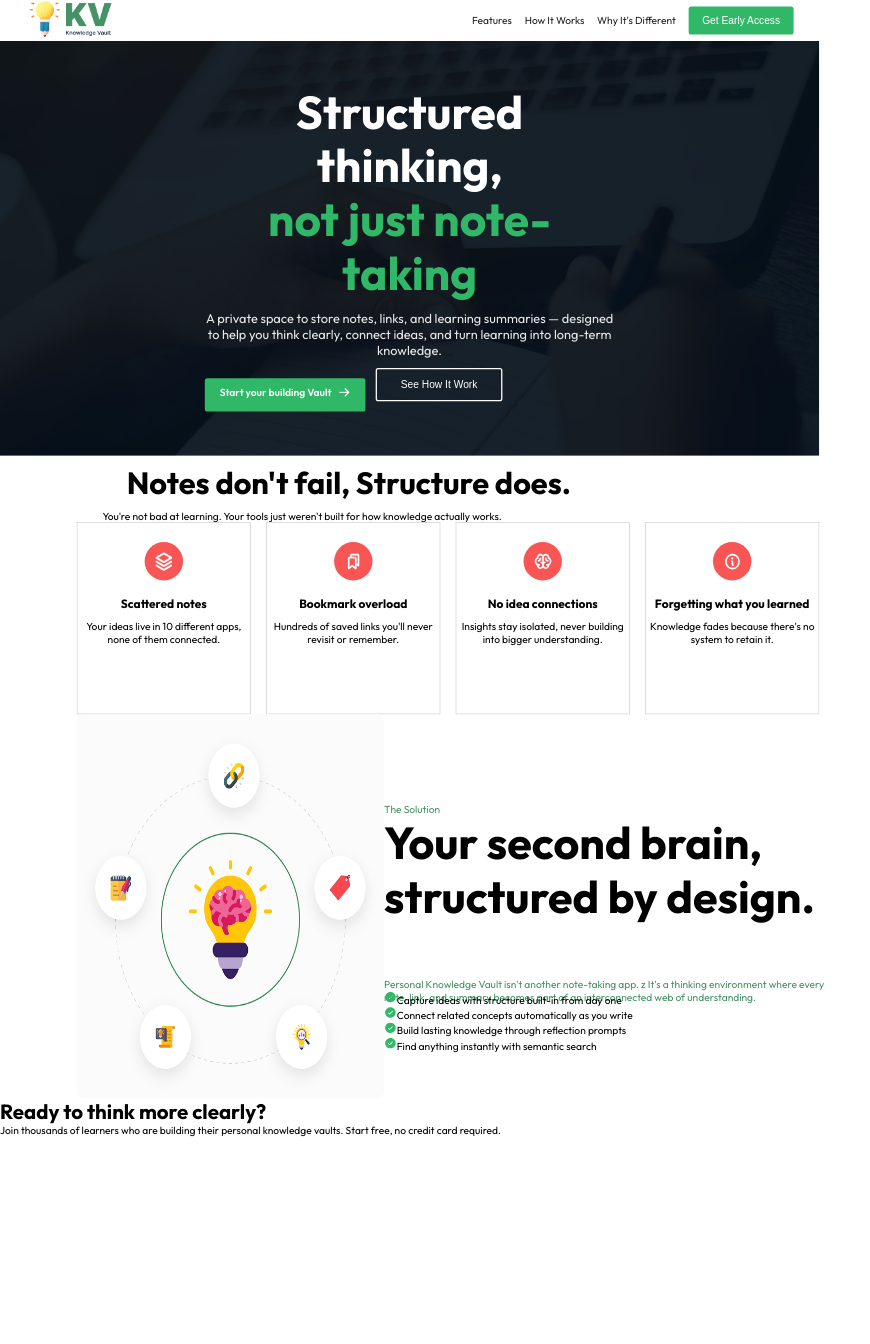
Repository: tanimtanzilislam/Assignment1-PH
Page: index.html
These files come from the project's save history. The page is drawn as it stood at one moment and after the next save; the edit follows.
The browser window is 1280 px wide. The page is 1360 px wide, so the pictures cover 1360 px, including what lies to the right of the window. The pictures show the whole page, at 64% of full size.

Above is the page before, as saved 2026-01-20 00:31:55.

After the next save:
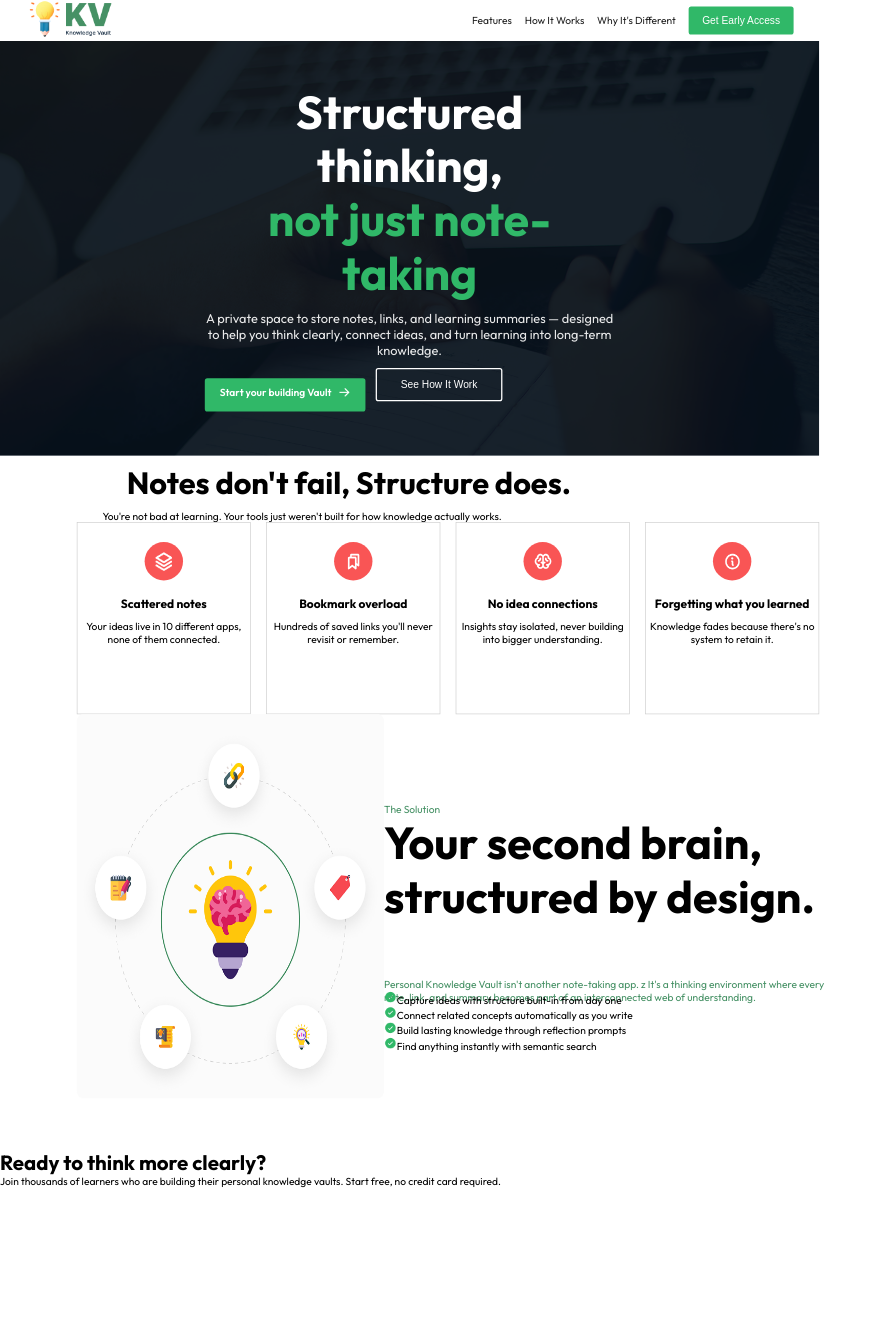
Saved 7 s later.
--- a/style.css
+++ b/style.css
@@ -260,7 +260,8 @@
     width:1360px;
     height:384px;
     radius:12px;
-    padding-top:
+    padding-top:80px;
+
 }
 @media (max-width: 768px){
     .banner-content h1{
